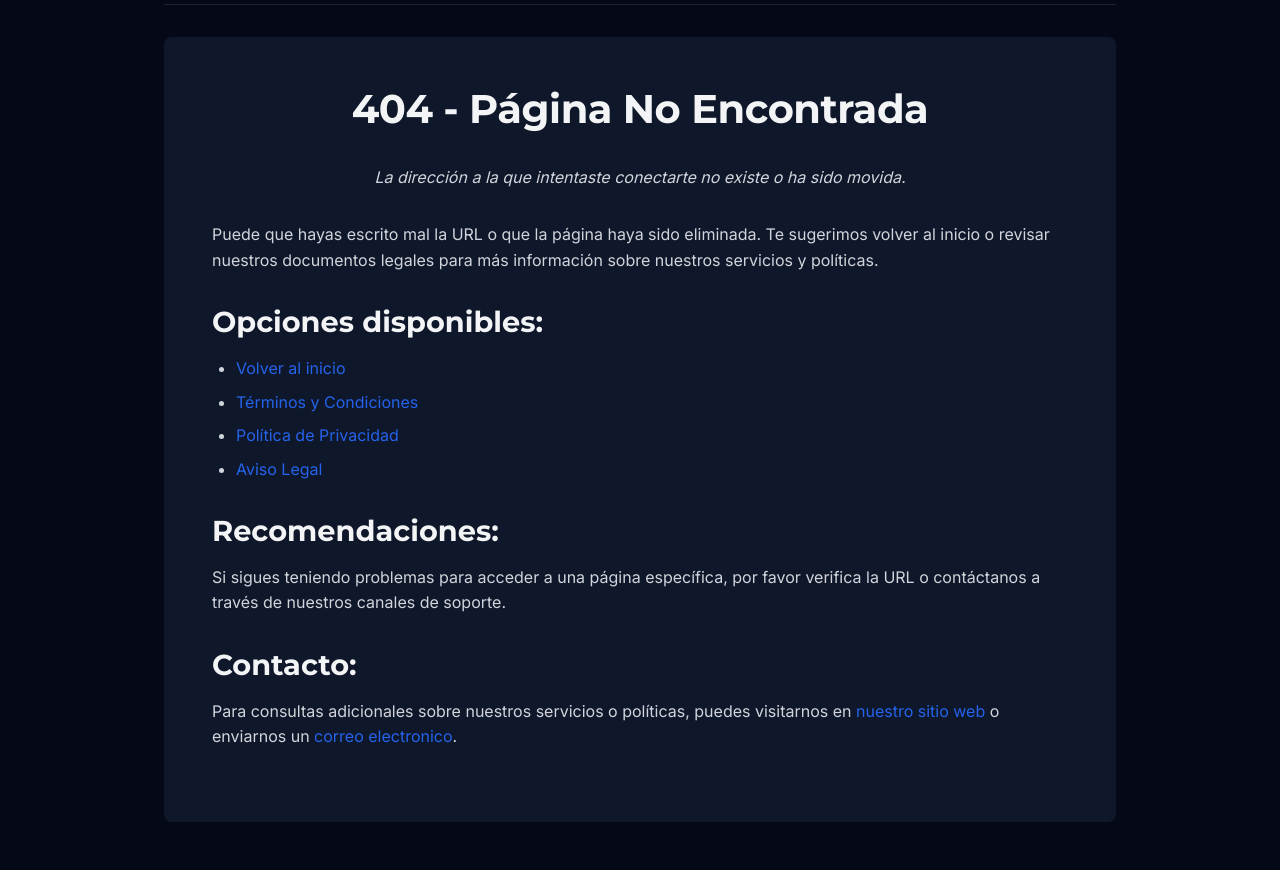
Repository: nu-dp/nu.dp-website
Page: 404.html
These files come from the project's save history. The page is drawn as it stood at one moment and after the next save; the edit follows.
The browser window is 1280 px wide. The pictures show the part of the page from y = 132 to 1002 px (the page is 1002 px tall).
A picture or video elsewhere on the page could not be fetched, so the positions and the page height are approximate.

Above is the page before, as saved 2025-08-23 22:21:41.
Console error: TypeError: Cannot set properties of null (setting 'textContent')

### 404.html
<!DOCTYPE html>
<html lang="es">
<head>
    <meta charset="UTF-8">
    <meta name="viewport" content="width=device-width, initial-scale=1.0">
    <title>Error - nu·dp</title>
    <meta name="description" content="Política de privacidad y protección de datos de nu·dp">
    <link rel="preconnect" href="https://fonts.googleapis.com"><link rel="preconnect" href="https://fonts.gstatic.com" crossorigin>
    <link href="https://fonts.googleapis.com/css2?family=Montserrat:wght@300;400;500;600;700;800&family=Inter:wght@300;400;500;600&display=swap" rel="stylesheet">
    <link rel="stylesheet" href="https://cdnjs.cloudflare.com/ajax/libs/font-awesome/6.4.0/css/all.min.css">
    <link rel="stylesheet" href="css/style.css">
    <link rel="icon" href="../img/logo.blanco.png" type="image/png">
    <style>
        :root { --bg-primary:#050917; --bg-secondary:#0f172a; --text-primary:#f3f4f6; --text-secondary:#d1d5db; --primary:#2563eb; --border-radius:8px; --transition:all .3s ease; }
        *{margin:0;padding:0;box-sizing:border-box}
        body{font-family:'Inter',sans-serif;background-color:var(--bg-primary);color:var(--text-primary);line-height:1.6;overflow-x:hidden;padding-top:2rem}
        .container{max-width:1000px;margin:0 auto;padding:0 1.5rem}
        .logo-container{margin-bottom:2rem;padding-bottom:1rem;border-bottom:1px solid rgba(255,255,255,.1)}
        .logo{font-family:'Montserrat',sans-serif;font-weight:800;font-size:1.8rem;color:var(--text-primary);display:inline-flex;align-items:center;text-decoration:none}
        .legal-content{background-color:var(--bg-secondary);border-radius:var(--border-radius);padding:3rem;margin-bottom:3rem}
        h1,h2,h3{font-family:'Montserrat',sans-serif;font-weight:700;margin-bottom:1rem;color:var(--text-primary)}
        h1{font-size:2.5rem;margin-bottom:2rem;text-align:center}
        h2{font-size:1.8rem;margin-top:2rem}
        h3{font-size:1.3rem;margin-top:1.5rem}
        p,ul,ol{margin-bottom:1.5rem;color:var(--text-secondary)}
        ul,ol{padding-left:1.5rem}
        li{margin-bottom:.5rem}
        .last-updated{text-align:center;color:var(--text-secondary);font-style:italic;margin-bottom:2rem}
        footer{background-color:var(--bg-secondary);padding:3rem 1.5rem 2rem;position:relative}
        .footer-content{display:grid;grid-template-columns:repeat(auto-fit,minmax(250px,1fr));gap:3rem;margin-bottom:3rem}
        .footer-logo{font-family:'Montserrat',sans-serif;font-weight:800;font-size:1.5rem;margin-bottom:1rem;color:var(--text-primary);display:flex;align-items:center}
        .footer-links h4{margin-bottom:1.5rem;font-size:1.2rem}
        .footer-links ul{list-style:none;padding-left:0}
        .footer-links li{margin-bottom:.75rem}
        .footer-links a{color:var(--text-secondary);text-decoration:none;transition:var(--transition)}
        .footer-links a:hover{color:var(--primary)}
        .footer-bottom{text-align:center;padding-top:2rem;border-top:1px solid rgba(255,255,255,.1);color:var(--text-secondary)}
        .back-to-top{position:fixed;bottom:2rem;right:2rem;width:50px;height:50px;background-color:var(--primary);color:#fff;border-radius:50%;display:flex;align-items:center;justify-content:center;cursor:pointer;transition:var(--transition);z-index:999;border:none;box-shadow:0 2px 10px rgba(0,0,0,.2)}
        .back-to-top:hover{background-color:#1e40af;width:150px;border-radius:25px}
        .back-to-top:hover::after{content:"Volver arriba";position:absolute;font-size:.9rem;margin-left:.5rem;white-space:nowrap;margin-right:.5rem}
        @media(max-width:768px){
            h1{font-size:2rem}h2{font-size:1.5rem}.legal-content{padding:2rem 1.5rem}.footer-content{grid-template-columns:1fr}
            .back-to-top:hover{width:50px}.back-to-top:hover::after{display:none}
        }
        .tag{display:inline-block;padding:.2rem .6rem;border:1px solid rgba(255,255,255,.15);border-radius:999px;font-size:.8rem;color:var(--text-secondary);margin-right:.4rem}
        .kbd{font-family:ui-monospace, SFMono-Regular, Menlo, monospace; background:rgba(255,255,255,.06); border:1px solid rgba(255,255,255,.12); padding:.05rem .35rem; border-radius:4px;}
    </style>
</head>
<body>
<div class="container">
    <div class="logo-container">
        <a href="index.html" class="logo" aria-label="Ir al inicio">
            <img src="https://i.imgur.com/ecRvkEC.png" alt="nu·dp logo" style="height:80px; width:auto;">
        </a>
    </div>

    <div class="legal-content" role="article">
    <h1>404 - Página No Encontrada</h1>
    <p class="last-updated">La dirección a la que intentaste conectarte no existe o ha sido movida.</p>

    <p>Puede que hayas escrito mal la URL o que la página haya sido eliminada. Te sugerimos volver al inicio o revisar nuestros documentos legales para más información sobre nuestros servicios y políticas.</p>

    <h2>Opciones disponibles:</h2>
    <ul>
        <li><a href="index.html" class="button">Volver al inicio</a></li>
        <li><a href="legal/terms-and-conditions.html" class="link">Términos y Condiciones</a></li>
        <li><a href="legal/privacy-policy.html" class="link">Política de Privacidad</a></li>
        <li><a href="legal/legal-notice.html" class="link">Aviso Legal</a></li>
    </ul>

    <h2>Recomendaciones:</h2>
    <p>Si sigues teniendo problemas para acceder a una página específica, por favor verifica la URL o contáctanos a través de nuestros canales de soporte.</p>

    <h2>Contacto:</h2>
    <p>Para consultas adicionales sobre nuestros servicios o políticas, puedes visitarnos en <a href="index.html" class="link">nuestro sitio web</a> o enviarnos un <a href="mailto:nu.dp@pm.me" class="link"> correo electronico</a>.</p>
</div>

<script> document.getElementById('y').textContent = new Date().getFullYear(); </script>
</body>
</html>

Loaded but not shown: css/style.css (1357 lines, source omitted)

After the next save:
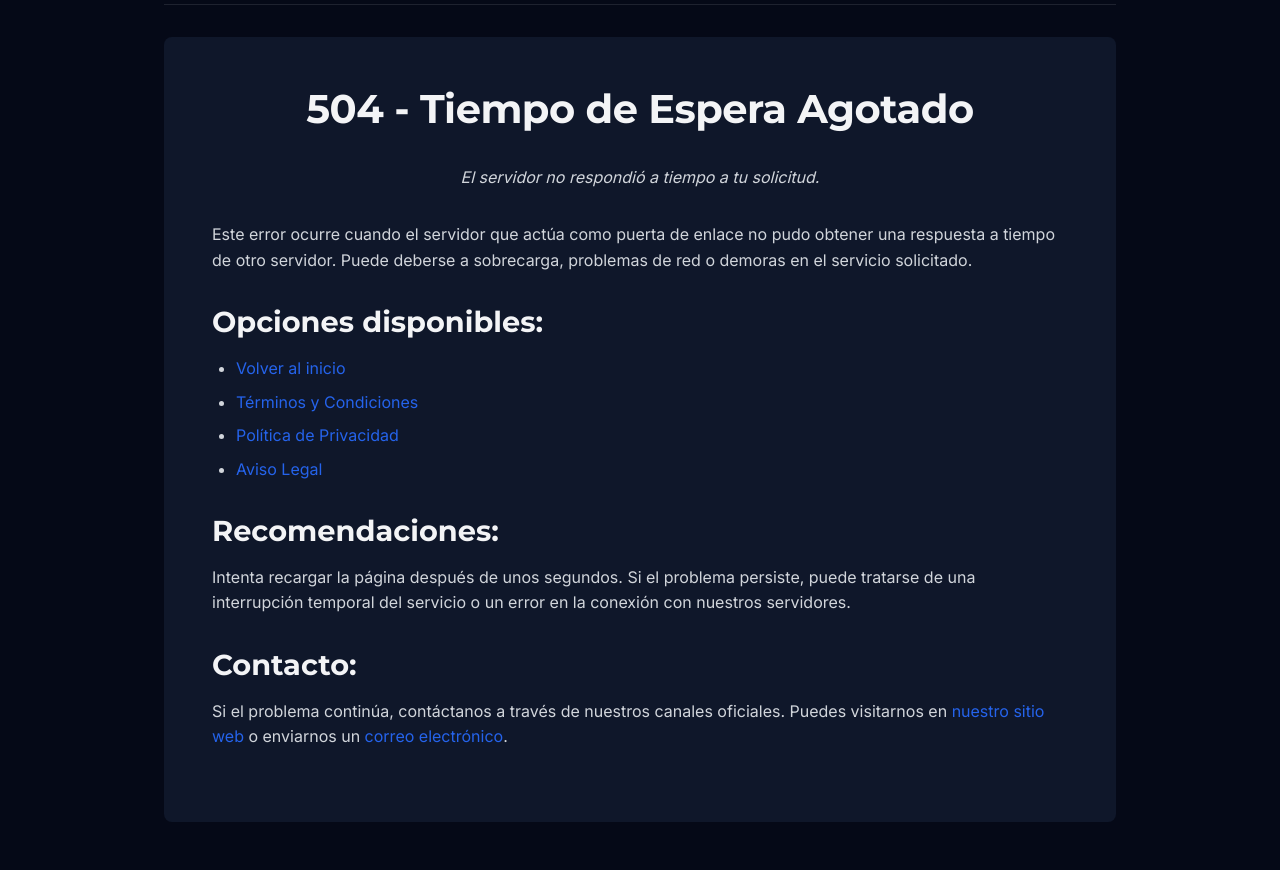
Saved 59 s later.
--- a/404.html
+++ b/404.html
@@ -3,8 +3,8 @@
 <head>
     <meta charset="UTF-8">
     <meta name="viewport" content="width=device-width, initial-scale=1.0">
-    <title>Error - nu·dp</title>
-    <meta name="description" content="Política de privacidad y protección de datos de nu·dp">
+    <title>Error 504 - nu·dp</title>
+    <meta name="description" content="Error 504 - Tiempo de espera agotado en nu·dp">
     <link rel="preconnect" href="https://fonts.googleapis.com"><link rel="preconnect" href="https://fonts.gstatic.com" crossorigin>
     <link href="https://fonts.googleapis.com/css2?family=Montserrat:wght@300;400;500;600;700;800&family=Inter:wght@300;400;500;600&display=swap" rel="stylesheet">
     <link rel="stylesheet" href="https://cdnjs.cloudflare.com/ajax/libs/font-awesome/6.4.0/css/all.min.css">
@@ -55,10 +55,10 @@
     </div>
 
     <div class="legal-content" role="article">
-    <h1>404 - Página No Encontrada</h1>
-    <p class="last-updated">La dirección a la que intentaste conectarte no existe o ha sido movida.</p>
+    <h1>504 - Tiempo de Espera Agotado</h1>
+    <p class="last-updated">El servidor no respondió a tiempo a tu solicitud.</p>
 
-    <p>Puede que hayas escrito mal la URL o que la página haya sido eliminada. Te sugerimos volver al inicio o revisar nuestros documentos legales para más información sobre nuestros servicios y políticas.</p>
+    <p>Este error ocurre cuando el servidor que actúa como puerta de enlace no pudo obtener una respuesta a tiempo de otro servidor. Puede deberse a sobrecarga, problemas de red o demoras en el servicio solicitado.</p>
 
     <h2>Opciones disponibles:</h2>
     <ul>
@@ -69,10 +69,10 @@
     </ul>
 
     <h2>Recomendaciones:</h2>
-    <p>Si sigues teniendo problemas para acceder a una página específica, por favor verifica la URL o contáctanos a través de nuestros canales de soporte.</p>
+    <p>Intenta recargar la página después de unos segundos. Si el problema persiste, puede tratarse de una interrupción temporal del servicio o un error en la conexión con nuestros servidores.</p>
 
     <h2>Contacto:</h2>
-    <p>Para consultas adicionales sobre nuestros servicios o políticas, puedes visitarnos en <a href="index.html" class="link">nuestro sitio web</a> o enviarnos un <a href="mailto:nu.dp@pm.me" class="link"> correo electronico</a>.</p>
+    <p>Si el problema continúa, contáctanos a través de nuestros canales oficiales. Puedes visitarnos en <a href="index.html" class="link">nuestro sitio web</a> o enviarnos un <a href="mailto:nu.dp@pm.me" class="link">correo electrónico</a>.</p>
 </div>
 
 <script> document.getElementById('y').textContent = new Date().getFullYear(); </script>

After the save that followed:
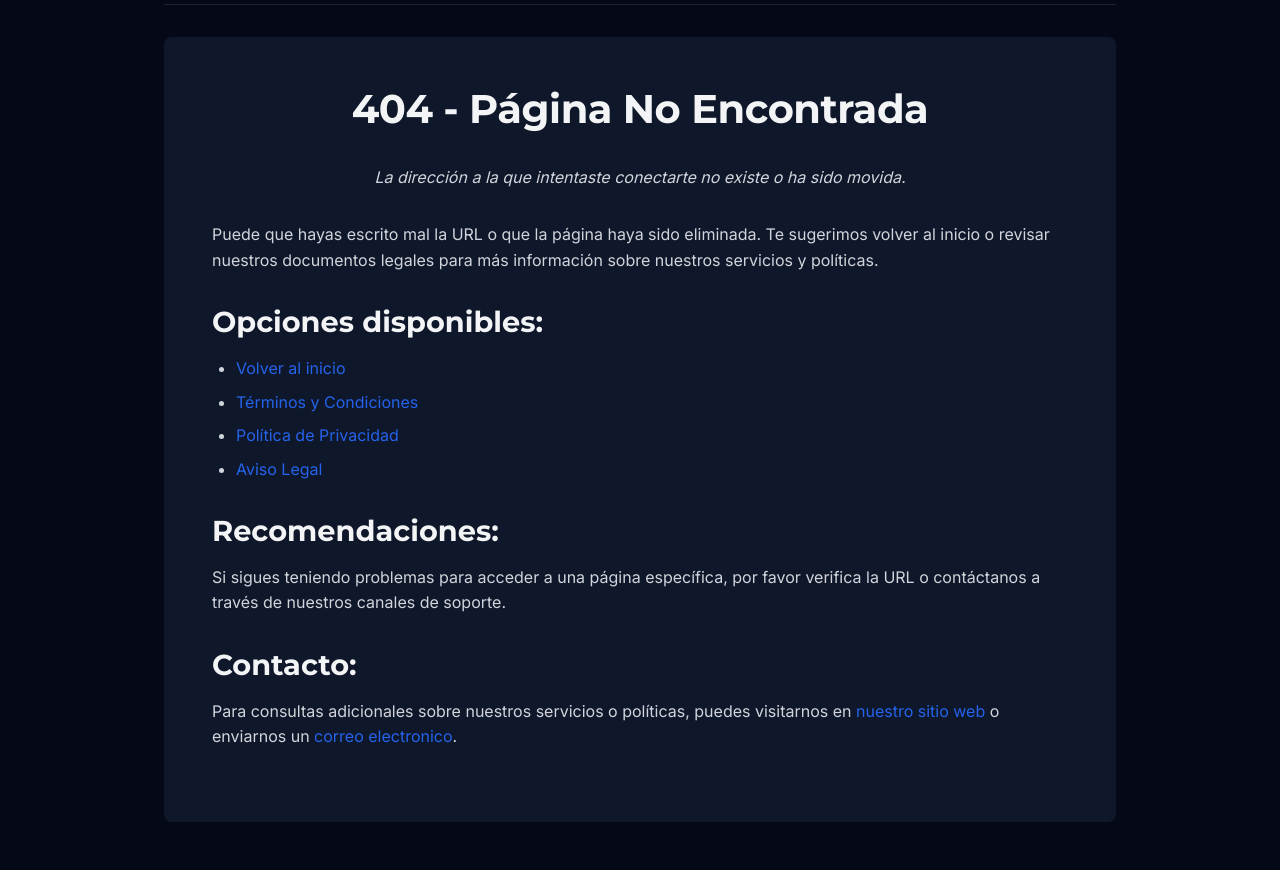
Saved 9 s later.
--- a/404.html
+++ b/404.html
@@ -3,8 +3,8 @@
 <head>
     <meta charset="UTF-8">
     <meta name="viewport" content="width=device-width, initial-scale=1.0">
-    <title>Error 504 - nu·dp</title>
-    <meta name="description" content="Error 504 - Tiempo de espera agotado en nu·dp">
+    <title>Error 404 - nu·dp</title>
+    <meta name="description" content="Política de privacidad y protección de datos de nu·dp">
     <link rel="preconnect" href="https://fonts.googleapis.com"><link rel="preconnect" href="https://fonts.gstatic.com" crossorigin>
     <link href="https://fonts.googleapis.com/css2?family=Montserrat:wght@300;400;500;600;700;800&family=Inter:wght@300;400;500;600&display=swap" rel="stylesheet">
     <link rel="stylesheet" href="https://cdnjs.cloudflare.com/ajax/libs/font-awesome/6.4.0/css/all.min.css">
@@ -55,10 +55,10 @@
     </div>
 
     <div class="legal-content" role="article">
-    <h1>504 - Tiempo de Espera Agotado</h1>
-    <p class="last-updated">El servidor no respondió a tiempo a tu solicitud.</p>
+    <h1>404 - Página No Encontrada</h1>
+    <p class="last-updated">La dirección a la que intentaste conectarte no existe o ha sido movida.</p>
 
-    <p>Este error ocurre cuando el servidor que actúa como puerta de enlace no pudo obtener una respuesta a tiempo de otro servidor. Puede deberse a sobrecarga, problemas de red o demoras en el servicio solicitado.</p>
+    <p>Puede que hayas escrito mal la URL o que la página haya sido eliminada. Te sugerimos volver al inicio o revisar nuestros documentos legales para más información sobre nuestros servicios y políticas.</p>
 
     <h2>Opciones disponibles:</h2>
     <ul>
@@ -69,10 +69,10 @@
     </ul>
 
     <h2>Recomendaciones:</h2>
-    <p>Intenta recargar la página después de unos segundos. Si el problema persiste, puede tratarse de una interrupción temporal del servicio o un error en la conexión con nuestros servidores.</p>
+    <p>Si sigues teniendo problemas para acceder a una página específica, por favor verifica la URL o contáctanos a través de nuestros canales de soporte.</p>
 
     <h2>Contacto:</h2>
-    <p>Si el problema continúa, contáctanos a través de nuestros canales oficiales. Puedes visitarnos en <a href="index.html" class="link">nuestro sitio web</a> o enviarnos un <a href="mailto:nu.dp@pm.me" class="link">correo electrónico</a>.</p>
+    <p>Para consultas adicionales sobre nuestros servicios o políticas, puedes visitarnos en <a href="index.html" class="link">nuestro sitio web</a> o enviarnos un <a href="mailto:nu.dp@pm.me" class="link"> correo electronico</a>.</p>
 </div>
 
 <script> document.getElementById('y').textContent = new Date().getFullYear(); </script>
